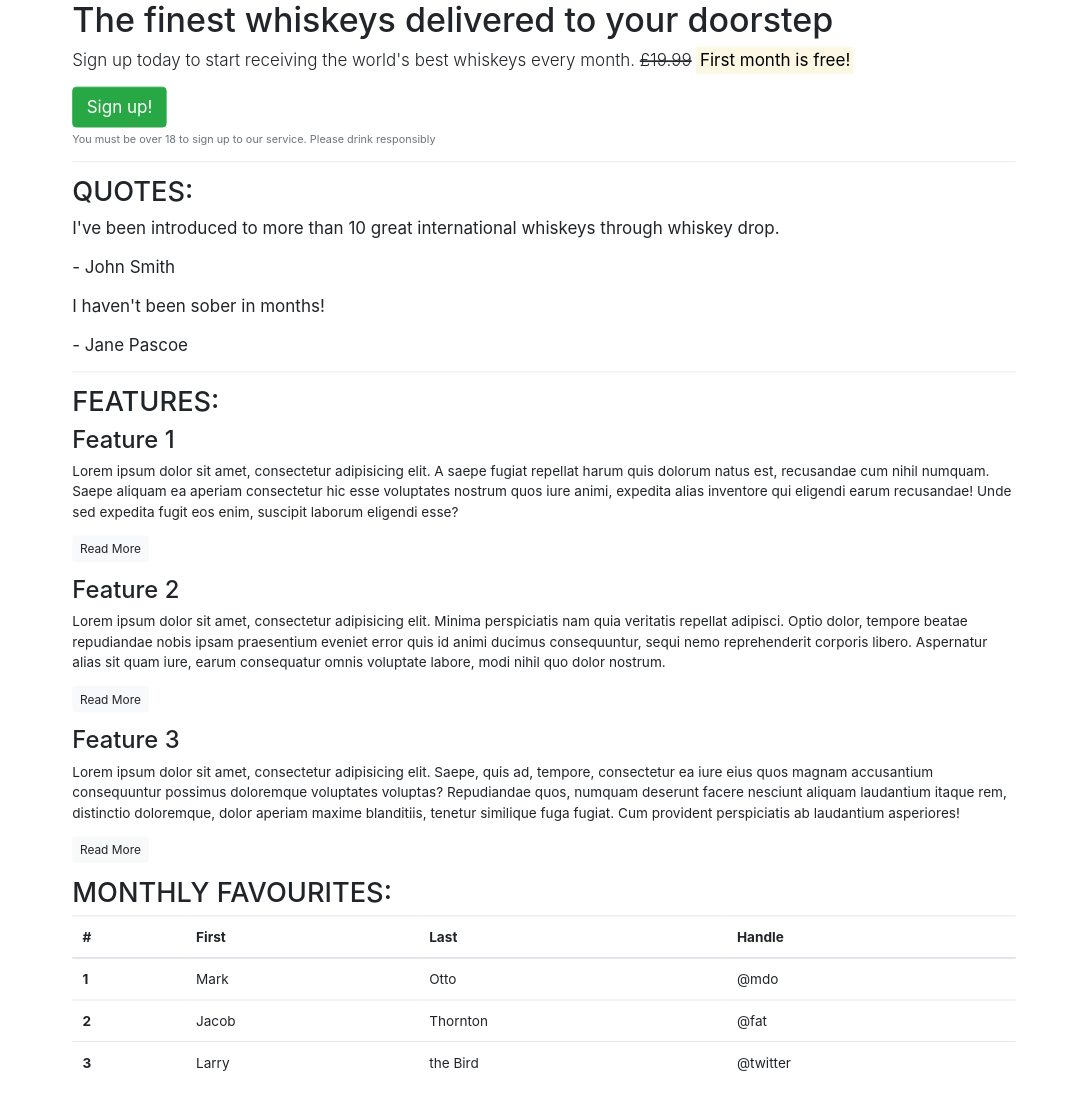
Repository: LouWills/WhiskeyDrop-bootstrap
Page: index.html
The author's editor kept a record of every edit. The page is drawn from the files as they stood at one moment, then again after the next edit.
The browser window is 1280 px wide. The pictures show the whole page, at 85% of full size.

Above is the page before.
Console error: TypeError: Cannot read properties of undefined (reading 'fn')

After the next edit:
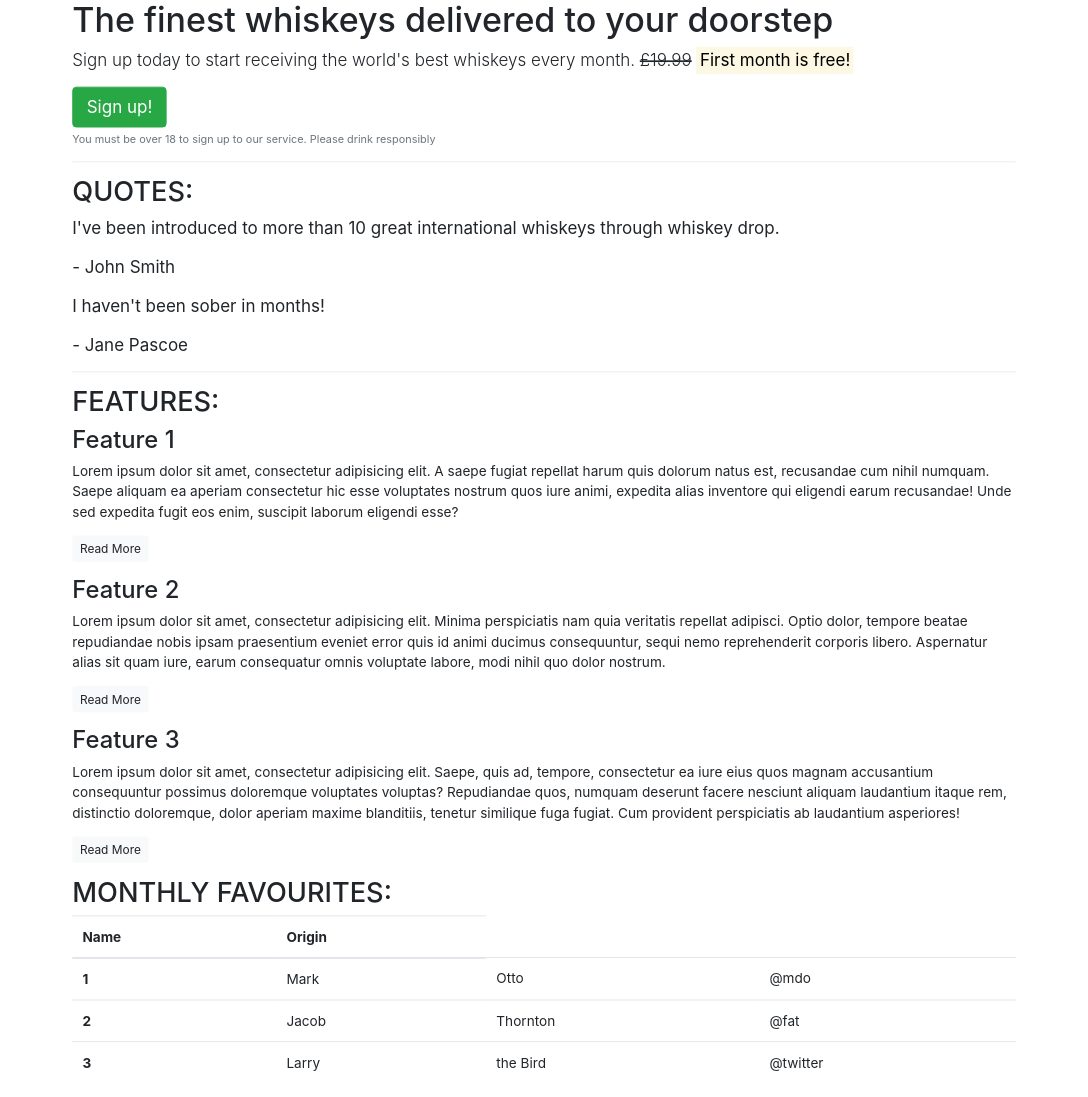
The edit:
--- a/index.html
+++ b/index.html
@@ -65,10 +65,8 @@
             <table class="table">
                 <thead>
                     <tr>
-                      <th scope="col">#</th>
-                      <th scope="col">First</th>
-                      <th scope="col">Last</th>
-                      <th scope="col">Handle</th>
+                      <th scope="col">Name</th>
+                      <th scope="col">Origin</th>
                     </tr>
                 </thead>
                 <tbody>
